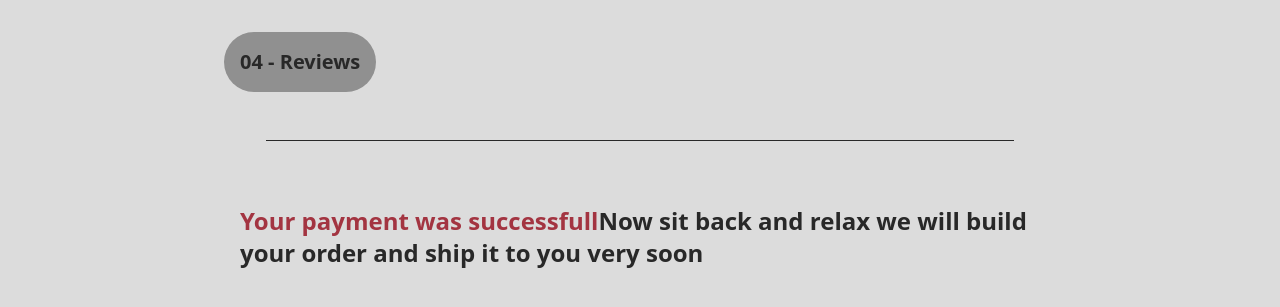
Repository: punitbathija/power-pedal
Page: /Checkout
An editor plug-in stored every save of this project. The page is shown before and after the next save, followed by the edit.
The browser window is 1280 px wide. The pictures show the whole page.
The project was rebuilt for these pictures with package versions that can differ from the ones it lists, and the page was loaded fresh each time. The framework's server and built-in components were replaced by stand-ins that run in the browser. Also part of the build but not shown: next.config.js.

Above is the page before, as saved 2023-03-08 13:56:17.

### src/app/Checkout/page.js
import React from "react";

function paymentsuccess() {
  return (
    <div className="py-8 lg:mx-56 mx-2 bg-goodwhite text-goodblack">
      <p className="font-semibold lg:text-xl p-4 bg-offwhite w-fit rounded-full">
        04 - Reviews
      </p>
      <hr className="flex my-12 w-[90%] text-center justify-center m-auto" />
      <p className="font-semibold lg:text-2xl text-xl p-4 my-4">
        <span className="text-goodred text-2xl">
          Your payment was successfull
        </span>
        Now sit back and relax we will build your order and ship it to you very
        soon
      </p>
    </div>
  );
}

export default paymentsuccess;

### src/app/globals.css
@tailwind base;
@tailwind components;
@tailwind utilities;

body{
    background: #dcdcdc;
}

### tailwind.config.js
/** @type {import('tailwindcss').Config} */
module.exports = {
  content: [
    "./app/**/*.{js,ts,jsx,tsx}",
    "./pages/**/*.{js,ts,jsx,tsx}",
    "./components/**/*.{js,ts,jsx,tsx}",

    // Or if using `src` directory:
    "./src/**/*.{js,ts,jsx,tsx}",
  ],
  theme: {
    colors: {
      offwhite: "#909090",
      transparent: "transparent",
      goodblack: "#282828",
      goodbrown: "#414141",
      goodwhite: "#dcdcdc",
      goodred: "#a33441",
      olivegreen: "#6a7870",
      skin: "#e8dfc8",
      black: "#000000",
    },

    extend: {},
  },
  plugins: [],
};

Loaded but not shown: src/app/layout.js (common file)

After the next save:
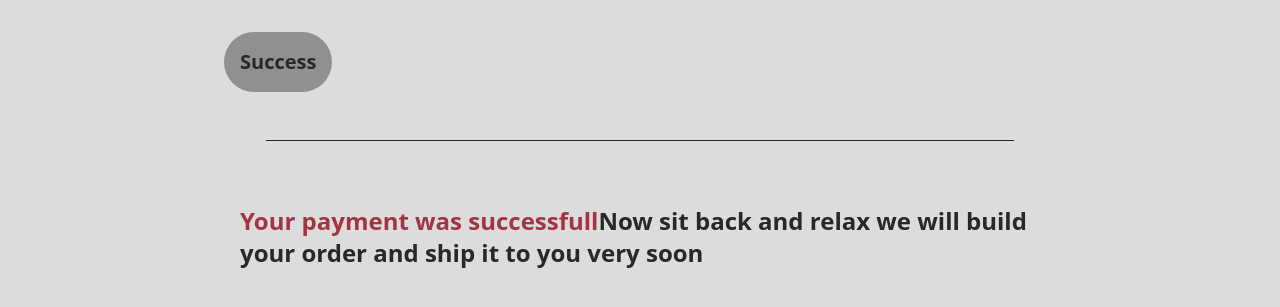
Saved 98 s later.
--- a/src/app/Checkout/page.js
+++ b/src/app/Checkout/page.js
@@ -4,7 +4,7 @@ function paymentsuccess() {
   return (
     <div className="py-8 lg:mx-56 mx-2 bg-goodwhite text-goodblack">
       <p className="font-semibold lg:text-xl p-4 bg-offwhite w-fit rounded-full">
-        04 - Reviews
+        Success
       </p>
       <hr className="flex my-12 w-[90%] text-center justify-center m-auto" />
       <p className="font-semibold lg:text-2xl text-xl p-4 my-4">
